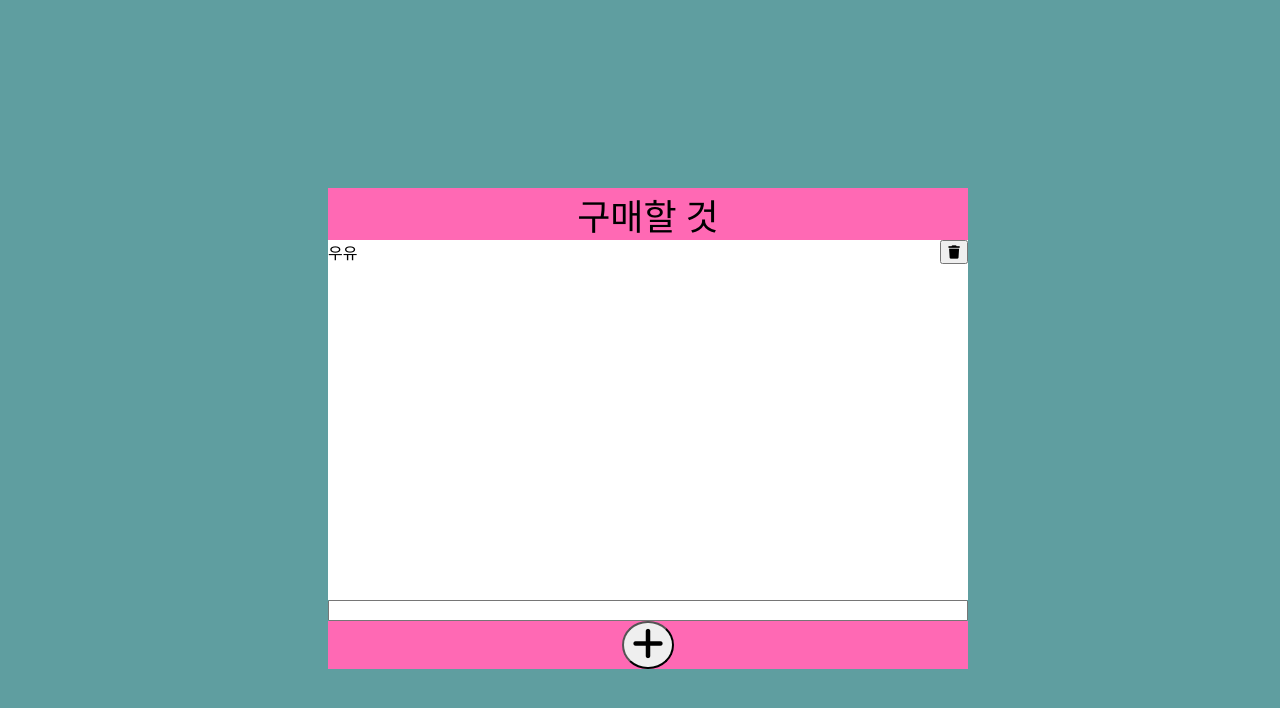
Repository: GoodHoneyCake/Dream_Coding_Academy5
Page: shopping_list/index.html
An editor plug-in stored every save of this project. The page is shown before and after the next save, followed by the edit.
The browser window is 1280 px wide. The pictures show the whole page.
Some web libraries are served in a nearby version.

Above is the page before, as saved 2021-01-29 17:50:29.

### shopping_list/index.html
<!DOCTYPE html>
<html lang="en">
  <head>
    <meta charset="UTF-8" />
    <meta name="viewport" content="width=device-width, initial-scale=1.0" />
    <title>Document</title>
    <script
      src="https://kit.fontawesome.com/c90a48a564.js"
      crossorigin="anonymous"
    ></script>
    <link rel="stylesheet" href="style.css" />
    <script src="main.js" defer></script>
  </head>
  <body>
    <section class="shopping-list">
      <header class="header">
        <span class="header__title">구매할 것</span>
      </header>
      <ul class="list">
        <li class="list__item">
          <span class="title">우유</span>
          <button class="remove-btn">
            <i class="fas fa-trash"></i>
          </button>
        </li>
      </ul>
      <form id="form">
        <input type="text" class="input">
      <footer class="footer">
        <button class="footer__btn">
          <i class="fas fa-plus"></i>
        </button>
      </footer>
    </section>
  </body>
</html>

### shopping_list/style.css
* {
  box-sizing: border-box;
}

html {
  width: 100%;
  height: 100%;
}

body {
  background-color: cadetblue;
  width: 50%;
  height: 50%;
}

.shopping-list {
  width: 100%;
  height: 100%;
  background-color: forestgreen;
  transform: translate(50%, 50%);
}

.header {
  background-color: hotpink;
  display: flex;
  justify-content: center;
}

.header__title {
  font-size: 36px;
}

.list {
  background-color: white;
  height: 100%;
  margin: 0;
  padding: 0;
  list-style: none;
}

.list__item {
  display: flex;
  justify-content: space-between;
}

.input {
  width: 100%;
}

.footer {
  background-color: hotpink;
  height: 100%;
  display: flex;
  justify-content: center;
}
.footer__btn {
  border-radius: 50%;
  width: 8%;
  font-size: 36px;
}

### shopping_list/main.js
const form = document.querySelector("form");
const input = document.querySelector("input");
const list = document.querySelector(".list");

form.addEventListener("submit", (e) => {
  input.replace(e, "");
  e.preventDefault();
  document.createElement("li");
  const data = document.createTextNode(e);
  list.appendChild(data);
});

After the next save:
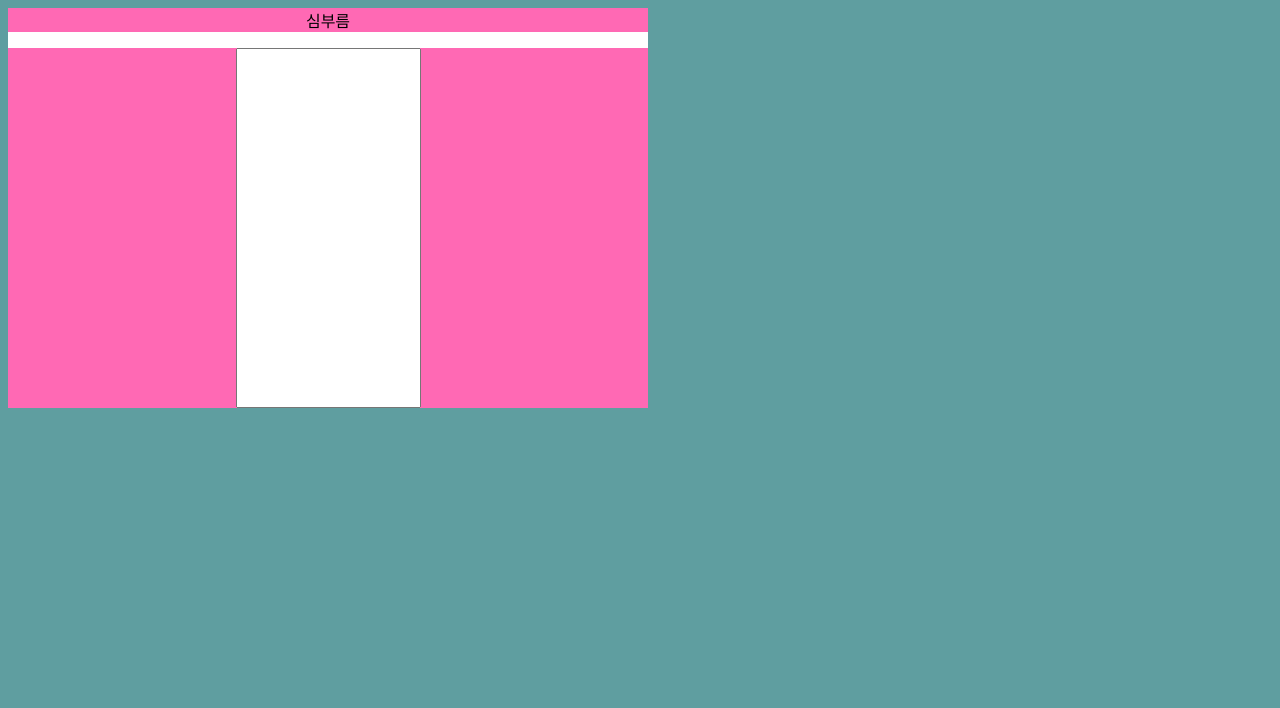
Console error: TypeError: Cannot read properties of null (reading 'addEventListener')
Saved 6 min 20 s later.
--- a/shopping_list/index.html
+++ b/shopping_list/index.html
@@ -12,24 +12,11 @@
     <script src="main.js" defer></script>
   </head>
   <body>
-    <section class="shopping-list">
-      <header class="header">
-        <span class="header__title">구매할 것</span>
-      </header>
-      <ul class="list">
-        <li class="list__item">
-          <span class="title">우유</span>
-          <button class="remove-btn">
-            <i class="fas fa-trash"></i>
-          </button>
-        </li>
-      </ul>
-      <form id="form">
-        <input type="text" class="input">
+    <section class="list">
+      <header class="header">심부름</header>
+      <ul class="items"></ul>
       <footer class="footer">
-        <button class="footer__btn">
-          <i class="fas fa-plus"></i>
-        </button>
+        <input type="text" class="footer__input" />
       </footer>
     </section>
   </body>
